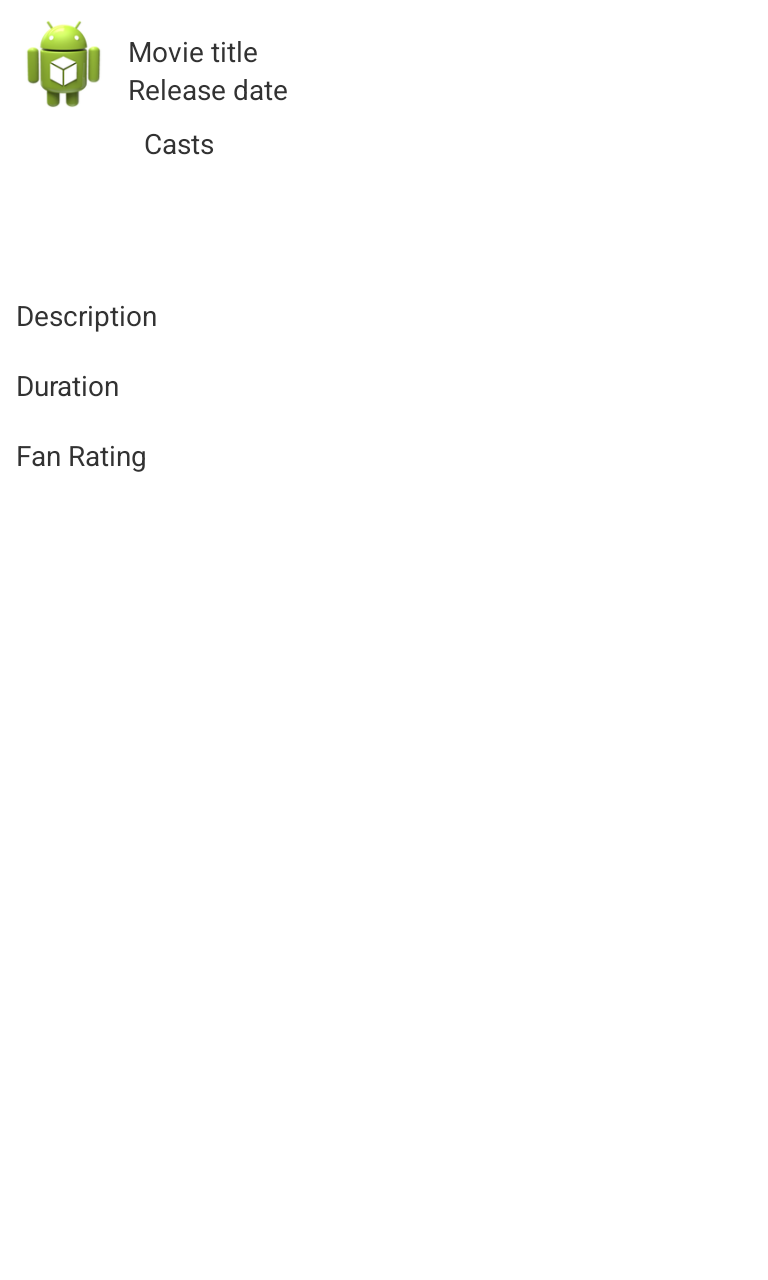
Repository: movieexample12/movieexample
Layout: Movies5/res/layout/details.xml
An editor plug-in stored every save of this project. The layout is shown before and after the next save, followed by the edit.
It is drawn on a 768 x 1280 px phone screen (xhdpi) without system bars, with theme AppTheme; the app's code is not run.

Above is the layout before, as saved 2013-01-10 10:44:37.

After the next save:
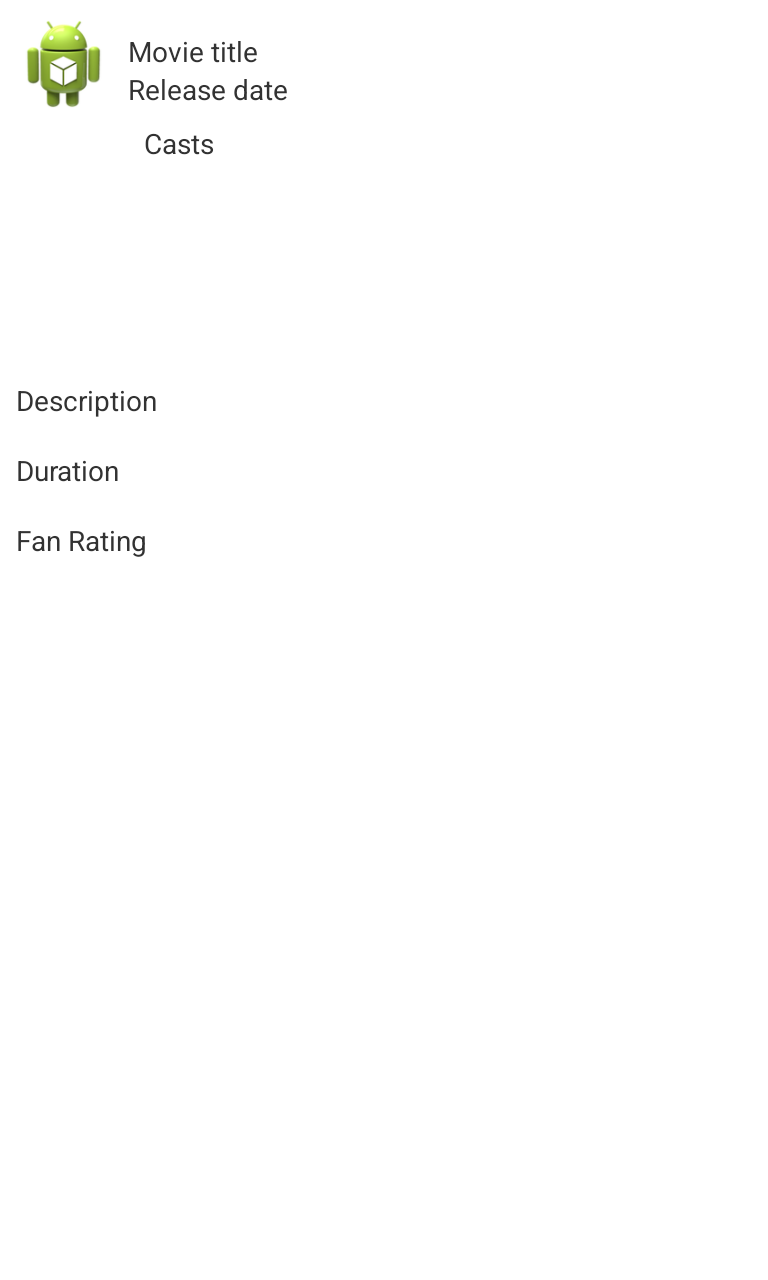
Saved 4 min 26 s later.
--- a/Movies5/res/layout/details.xml
+++ b/Movies5/res/layout/details.xml
@@ -45,6 +45,12 @@
 		        android:layout_height="wrap_content"
 		        android:gravity="center_vertical"/>
 	    </LinearLayout>
+	    <Button
+	         android:layout_height="wrap_content"
+		     android:layout_width="wrap_content"
+		     android:text="@string/trailer_label"
+		     android:onClick="selfDestruct"
+	        />
     </LinearLayout>
 
     <TextView
